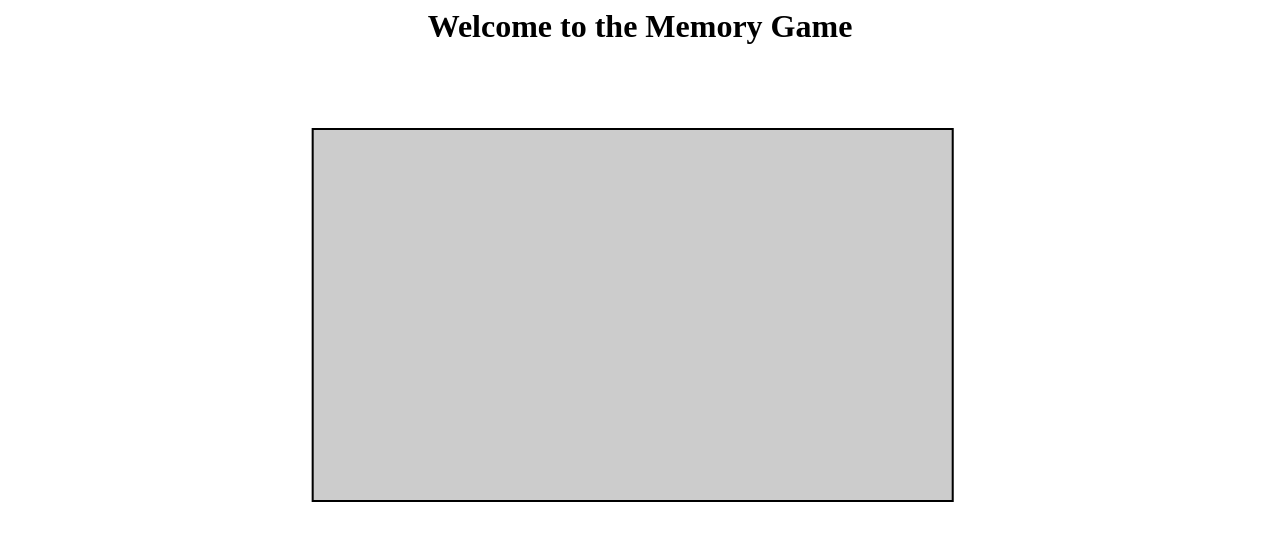
Repository: Code-Institute-Submissions/InteractiveMilestoneProject
Page: index.html
The author's editor kept a record of every edit. The page is drawn from the files as they stood at one moment, then again after the next edit.
The browser window is 1280 px wide. The pictures show the whole page.

Above is the page before.
Console error: ReferenceError: $ is not defined

### index.html
<!DOCTYPE html>
<html lang="en">

<head>
    <meta charset="utf-8">

    <meta name="viewport" content="width=device-width, height=device-height, user-scalable=no">
    <title>Js_Game_Temporizador</title>
    <link rel="stylesheet" href="css/style.css">

</head>

<body>
   <div id="cont">
        <h1>Welcome to the Memory Game</h1>
        <div id="table_memoria"></div>
    </div>


     <script src="js/script.js"></script>


</body>

</html>

### css/style.css
 #cont {
     text-align: center;
     position: relative;
     width: 90%;
     transform: translateX(45%);
     left: -35%;
     height: 650px;

 }

 h1 {
     margin-top: 0px;
 }


 #table_memoria {
     background: #ccc;
     border: black 2px solid;
     width: 80%;
     height: 50%;
     padding: 5px;
     margin: 0px auto;
     position: absolute;
     transform: translateX(10%);
     top: 170px;

 }

 #table_memoria > div {
     background: #169B62;
     border: #000 1px solid;
     width: 26%;
     height: 20%;
     float: left;
     margin-top: 7px;
     margin-bottom: 7px;
     margin-left: 14px;
     margin-right: 0px;
     font-size: 35px;
     cursor: pointer;
     text-align: center;

 }

 #cronometro {
     position: absolute;
     display: inline-block;
     top: 100px;
     right: 2px;
     width: 40px;
     height: 40px;
     font-size: 25px;
     font-weight: bold;
     background: #FFF;
     border-radius: 50px;
     padding-top: 5px;

 }



 .green {
     color: green;
     border: 5px solid green;
 }

 .yellow {
     color: orange;
     border: 5px solid orange;
 }

 .red {
     color: red;
     border: 5px solid red;
 }

 #start {
     width: 80px;
     cursor: pointer;
     font-weight: bold;
     padding: 3px;
     border: 2px solid black;
     border-radius: 10px;
     background: rgb(22, 155, 98, 0.6);
 }


 /* ____________  PRIMERA MEDIA SCREEN ___________*/

 @media (min-width: 768px) {

     #borde {
         height: 55%;
         top: 120px;
     }

     #table_memoria {
         height: 55%;
         top: 120px;
     }

     #table_memoria > div {

         width: 21%;
         height: 27%;
         margin-left: 17px;

     }

     #cronometro {

         top: 40px;


     }

 }

 /* ___________  SEGUNDA MEDIA SCREEN _____________*/

 @media (min-width: 992px) {
     #cont {

         transform: translateX(-50%);

         left: 50%;
         width: 70%;
         height: 600px;

         max-width: 785px;

     }

     #borde {
         height: 60%;
         top: 120px;
         max-width: 630px;
         max-height: 400px;

     }

     #table_memoria {
         height: 60%;
         top: 120px;
         max-width: 630px;
         max-height: 400px;

     }




     #table_memoria > div {
         background: #169B62;
         border: #000 1px solid;
         width: 20%;
         height: 28%;
         float: left;
         margin: 8px;
         margin-left: 16.5px;
         font-size: 64px;
         cursor: pointer;
         text-align: center;

     }

 }

### js/script.js

        var arrayMemoria = ["1", "1", "2", "2", "3", "3", "4", "4", "5", "5", "6", "6"];

        var valor_memoria = [];
        var memoria_carta_ids = [];
        var virada_carta = 0;

        // Funcion tiempo en segundos

        var seg = 25;
        var timer

        function restar() {
            timer = setInterval(function() {
                seg = seg - 1;
                //
                if (seg >= 0) {
                    $("#cronometro").html(seg);
                } else {
                    alert("PERDISTE ........ JUGAR DE NUEVO");
                    clearInterval(timer);
                    virada_carta = 0;
                    nuevaTabla();
                    $("#borde").show();
                    $("#cronometro").html("25");
                    $("#cronometro").removeClass("red");
                    $("#cronometro").addClass("green");
                    seg = 25;
                }
                if (seg >= 6 && seg <= 15) {
                    $("#cronometro").removeClass("green");
                    $("#cronometro").addClass("yellow");
                } else if (seg >= 0 && seg <= 5) {
                    $("#cronometro").removeClass("yellow");
                    $("#cronometro").addClass("red");
                }

            }, 1000);

        }


        $('#start').on("click", function() {
            if (seg === 25) {
                $("#cronometro").addClass("green");
                $("#borde").hide();
                restar();
            }
        });

        // Metodo Fisher-Yates para mezclar un array
        Array.prototype.memoriaCartaEmbarajar = function() {
            var i = this.length;
            var indiceAleatorio;
            var valorTemporal;
            while (--i > 0) {
                indiceAleatorio = Math.floor(Math.random() * (i + 1));
                valorTemporal = this[indiceAleatorio];
                this[indiceAleatorio] = this[i];
                this[i] = valorTemporal;
            };
        };
        // Funcion para crear un nuevo tablero
        function nuevaTabla() {
            var output = "";
            arrayMemoria.memoriaCartaEmbarajar();

            for (var i = 0; i < arrayMemoria.length; i++) {
                output += '<div id="carta_' + i + '" onclick="virarCartaMemoria(this,\'' + arrayMemoria[i] + '\')"></div>';
            }
            document.getElementById('table_memoria').innerHTML = output;
            //            $("#borde").show();
            //            document.getElementById('borde').show();

            valor_memoria = [];
            memoria_carta_ids = [];
            var virada_carta = 0;
            // probando una cosa
        }

        // Funcion del Juego
        function virarCartaMemoria(carta, valor) {

            if (carta.innerHTML == "" && valor_memoria.length < 2) {
                carta.style.background = '#fff';
                carta.innerHTML = valor;
                // Codigo a ejecutar al dar vuelta la primera carta
                if (valor_memoria.length === 0) {
                    valor_memoria.push(valor);
                    memoria_carta_ids.push(carta.id);
                    // Codiga a ejecuatra al dar vueta la seganda carta
                } else if (valor_memoria.length === 1) {
                    valor_memoria.push(valor);
                    memoria_carta_ids.push(carta.id);
                    if (valor_memoria[0] === valor_memoria[1]) {
                        virada_carta += 2;
                        // despejando los dos Arrays
                        valor_memoria = [];
                        memoria_carta_ids = [];
                        // chekea si la mesa entera esta despejada
                        if (virada_carta === arrayMemoria.length) {
                            // XXXXXXXX      AQUI TENGO QUE PARAR EL RELOJ     XXXXXXXX

                            setTimeout(function() {
                                alert("GANASTE !!!  ... Creando un nuevo tablero");
                                clearInterval(timer);
                                document.getElementById('table_memoria').innerHTML = "";
                                seg = 25;
                                $("#borde").show();
                                $("#cronometro").html("25");
                                $("#cronometro").removeClass("yellow");
                                $("#cronometro").removeClass("red");
                                $("#cronometro").addClass("green");
                                valor_memoria = [];
                                memoria_carta_ids = [];
                                virada_carta = 0;
                                nuevaTabla();

                            }, 100);



                        }
                    } else {
                        function virarAtras() {
                            // las dos cartas se van a virar
                            var carta_1 = document.getElementById(memoria_carta_ids[0]);
                            var carta_2 = document.getElementById(memoria_carta_ids[1]);
                            carta_1.style.background = '#169B62';
                            carta_1.innerHTML = "";
                            carta_2.style.background = '#169B62';
                            carta_2.innerHTML = "";
                            // despejando los dos Arrays
                            valor_memoria = [];
                            memoria_carta_ids = [];
                        }
                        setTimeout(virarAtras, 700);
                    }
                }
            }
        }

nuevaTabla();

After the next edit:
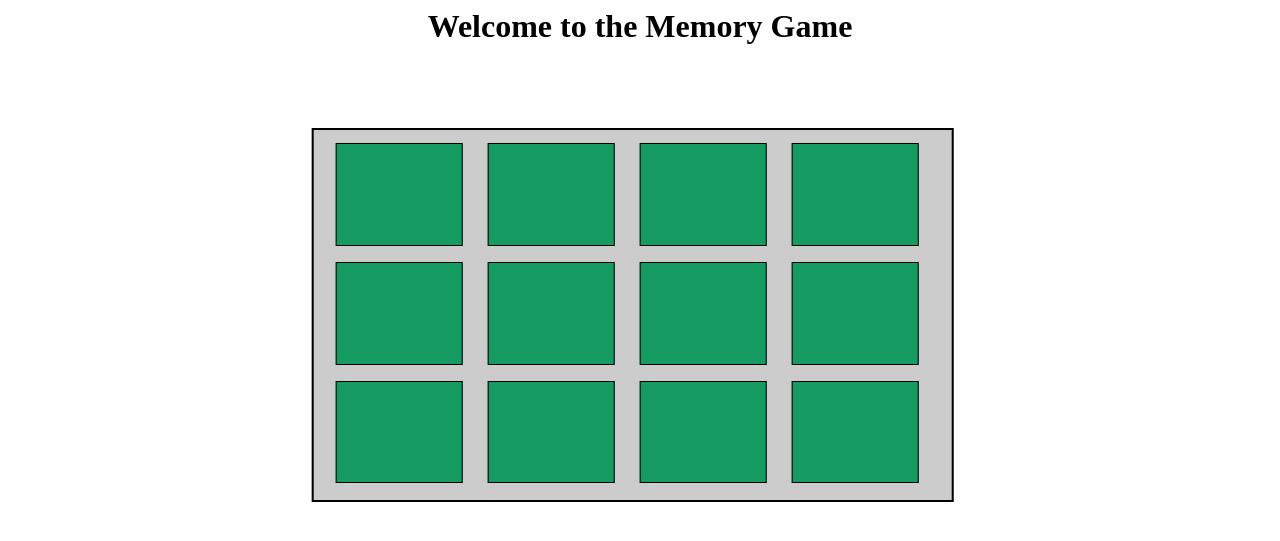
The error is gone.
The edit:
--- a/js/script.js
+++ b/js/script.js
@@ -5,48 +5,9 @@
         var memoria_carta_ids = [];
         var virada_carta = 0;
 
-        // Funcion tiempo en segundos
-
-        var seg = 25;
-        var timer
-
-        function restar() {
-            timer = setInterval(function() {
-                seg = seg - 1;
-                //
-                if (seg >= 0) {
-                    $("#cronometro").html(seg);
-                } else {
-                    alert("PERDISTE ........ JUGAR DE NUEVO");
-                    clearInterval(timer);
-                    virada_carta = 0;
-                    nuevaTabla();
-                    $("#borde").show();
-                    $("#cronometro").html("25");
-                    $("#cronometro").removeClass("red");
-                    $("#cronometro").addClass("green");
-                    seg = 25;
-                }
-                if (seg >= 6 && seg <= 15) {
-                    $("#cronometro").removeClass("green");
-                    $("#cronometro").addClass("yellow");
-                } else if (seg >= 0 && seg <= 5) {
-                    $("#cronometro").removeClass("yellow");
-                    $("#cronometro").addClass("red");
-                }
-
-            }, 1000);
-
-        }
 
 
-        $('#start').on("click", function() {
-            if (seg === 25) {
-                $("#cronometro").addClass("green");
-                $("#borde").hide();
-                restar();
-            }
-        });
+
 
         // Metodo Fisher-Yates para mezclar un array
         Array.prototype.memoriaCartaEmbarajar = function() {
